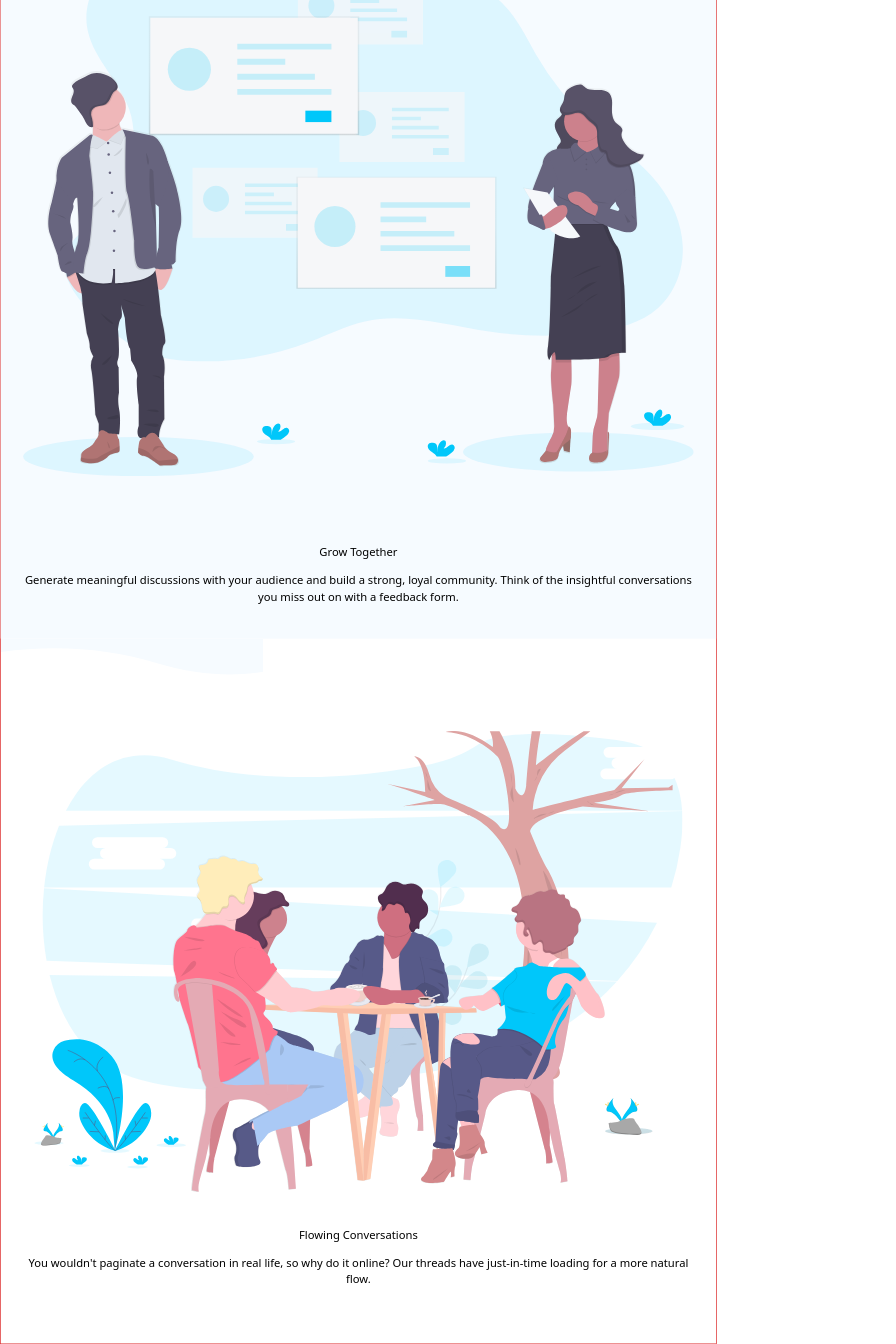
Repository: nivrii/huddle-landing-page-with-curved-sections-master
Page: /
These files come from the project's save history. The page is drawn as it stood at one moment and after the next save; the edit follows.
The browser window is 1280 px wide. The pictures show the part of the page from y = 1406 to 3326 px (the page is 3326 px tall before and 3294 px after), at 70% of full size.
The project was rebuilt for these pictures with package versions that can differ from the ones it lists, and the page was loaded fresh each time. Also part of the build but not shown: vite.config.js.

Above is the page before, as saved 2024-04-03 18:50:16.

### src/App.jsx
import "./App.css";
import message from "./assets/images/icon-messages.svg";
import screenMockup from "./assets/images/screen-mockups.svg";
import communities from "./assets/images/icon-communities.svg";
import sectionTop1M from "./assets/images/bg-section-top-mobile-1.svg";
import sectionBottom1M from "./assets/images/bg-section-bottom-mobile-1.svg";
import grow from "./assets/images/illustration-grow-together.svg";
import conversation from "./assets/images/illustration-flowing-conversation.svg";

function App() {
  return (
    <div className="container box-border m-0 bg-white w-screen min-h-screen border border-red-600">
      <section>
        <div className="flex flex-row w-full">
          <div className="flex flex-row align-middle  w-3/5">
            <img src={message} className="my-auto w-8 h-8" />
            <h1 className="text-3xl font-Poppins text-Very-dark-cyan font-bold my-auto">
              Huddle
            </h1>
          </div>
          <div className="flex align-middle justify-end w-2/5">
            <input
              className="border-2 border-Light-pink text-Light-pink font-Poppins rounded-3xl px-6 py-2"
              type="button"
              value="Try It Free"
            />
          </div>
        </div>
      </section>

      <section>
        <div className="w-full overflow-hidden border border-red-600">
          <h1>Build The Community Your Fans Will Love</h1>
          <p className="text-wrap">
            Huddle re-imagines the way we build communities. You have a voice,
            so does your audience. Create connections with your users as you
            engage in genuine discussion
          </p>
          <input
            type="submit"
            name="start"
            className="outline-none text-white bg-Pink"
          />
        </div>
      </section>

      <section className="mt-4 m">
        <div className="mx-auto">
          <img src={screenMockup} className="object-contain" />
        </div>
      </section>

      <section className="flex flex-col justify-center">
        <div className="mx-auto w-1/2 border border-green-500 ">
          <img src={communities} alt="communities" />
          <h1 className="w-full font-bold text-6xl">1.4k+</h1>
          <p>Communities Formed</p>
        </div>
        <div className="mx-auto w-1/2 border border-green-500">
          <img src={message} alt="message" />
          <h1 className="w-full font-bold text-6xl">2.7m+</h1>
          <p>Messages Sent</p>
        </div>
      </section>

      <img src={sectionTop1M} alt="top-top" />

      <section className="flex flex-col space-y-12 bg-sectionBG px-8 py-12">
        <img src={grow} alt="" className="mb-12" />
        <div className="flex flex-col space-y-4 text-center">
          <h1>Grow Together</h1>
          <p>
            Generate meaningful discussions with your audience and build a
            strong, loyal community. Think of the insightful conversations you
            miss out on with a feedback form.
          </p>
        </div>
      </section>

      <img src={sectionBottom1M} alt="top-bottom" />

      <section className="flex flex-col space-y-12 my-20 px-8">
        <img src={conversation} alt="conversations" className="px-4" />
        <div className="flex flex-col space-y-4 text-center">
          <h1>Flowing Conversations</h1>
          <p>
            You wouldn&apos;t paginate a conversation in real life, so why do it
            online? Our threads have just-in-time loading for a more natural
            flow.
          </p>
        </div>
      </section>
    </div>
  );
}

export default App;

### src/App.css
@import "tailwindcss/base";
@import "tailwindcss/components";
@import "tailwindcss/utilities";
@import url('https://fonts.google.com/specimen/Poppins');
@import url('https://fonts.google.com/specimen/Open+Sans');

### tailwind.config.js
/** @type {import('tailwindcss').Config} */

/*! tailwindcss v2.2.7 | MIT License | https://tailwindcss.com */
export default {
  content: [
    "./index.html",
    "./src/**/*.{js,ts,jsx,tsx}",
  ],
  theme: {
    extend: {
      screens: {
        'xs': '375px',
        'sm': '640px',
        'md': '768px',
        'lg': '1024px',
        'xl': '1440px',

      },
      colors: {
        'Pink': 'hsl(322, 100%, 66%)',
        'Light-pink': 'hsl(321, 100%, 78%)',
        'Light-red': 'hsl(0, 100%, 63%)',
        'Very-dark-cyan': 'hsl(192, 100%, 9%)',
        'Very-dark-blue': 'hsl(207, 100%, 98%)',
        'sectionBG': '#F6FBFF',
      },
      fontFamily: {
        'Poppins': ['Poppins', 'sans-serif'],
        'Open-sans': ['Open Sans', 'serif'],
      },
    },
  },
  plugins: [],
}

Loaded but not shown: index.html (common file); src/main.jsx (common file)

After the next save:
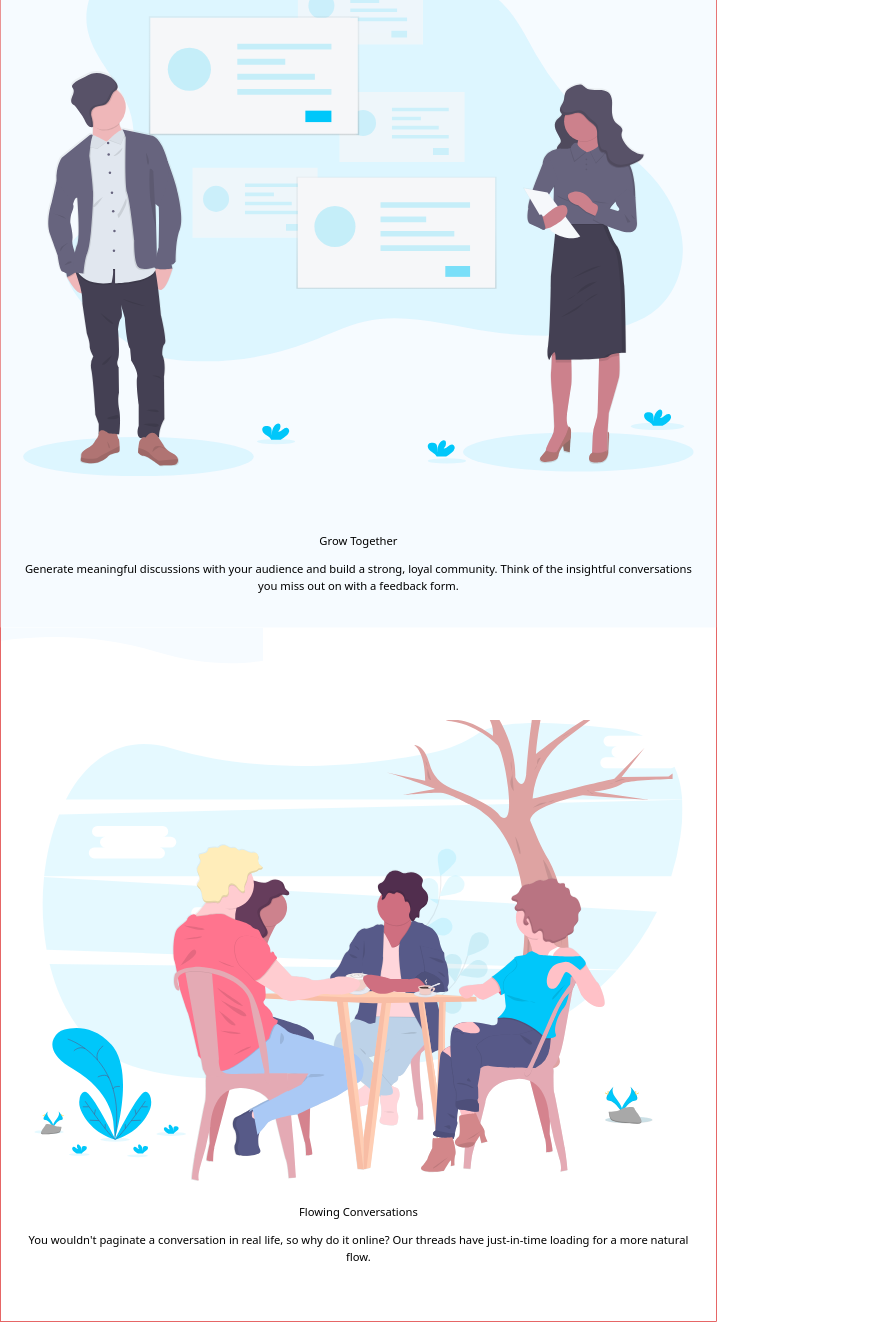
Saved 21 s later.
--- a/src/App.jsx
+++ b/src/App.jsx
@@ -65,7 +65,7 @@
 
       <img src={sectionTop1M} alt="top-top" />
 
-      <section className="flex flex-col space-y-12 bg-sectionBG px-8 py-12">
+      <section className="flex flex-col space-y-8 bg-sectionBG px-8 py-12">
         <img src={grow} alt="" className="mb-12" />
         <div className="flex flex-col space-y-4 text-center">
           <h1>Grow Together</h1>
@@ -79,7 +79,7 @@
 
       <img src={sectionBottom1M} alt="top-bottom" />
 
-      <section className="flex flex-col space-y-12 my-20 px-8">
+      <section className="flex flex-col space-y-8 my-20 px-8">
         <img src={conversation} alt="conversations" className="px-4" />
         <div className="flex flex-col space-y-4 text-center">
           <h1>Flowing Conversations</h1>
